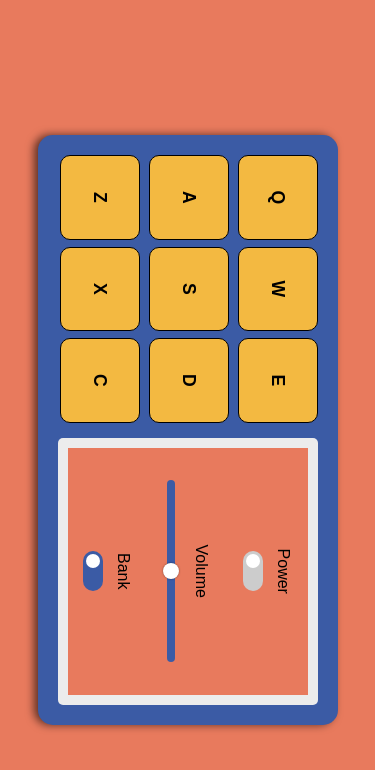
Repository: alfredoleano/drum-machine
Page: /
An editor plug-in stored every save of this project. The page is shown before and after the next save, followed by the edit.
The browser window is 375 px wide. The pictures show the whole page.
The project was rebuilt for these pictures with package versions that can differ from the ones it lists, and the page was loaded fresh each time.

Above is the page before, as saved 2024-06-14 13:16:25.

### src/App.js
import { useCallback, useEffect, useState } from 'react';
import './App.css';
import './styles.scss';

function App() {
  const bank1 = {
    Q: 'sounds/Heater-1.mp3',
    W: 'sounds/Heater-2.mp3',
    E: 'sounds/Heater-3.mp3',
    A: 'sounds/Heater-4_1.mp3',
    S: 'sounds/Heater-6.mp3',
    D: 'sounds/Dsc_Oh.mp3',
    Z: 'sounds/Kick_n_Hat.mp3',
    X: 'sounds/RP4_KICK_1.mp3',
    C: 'sounds/Cev_H2.mp3'
  };

  const bank2 = {
    Q: 'sounds/piano.mp3',
    W: 'sounds/jazz.wav',
    E: 'sounds/bangu.wav',
    A: 'sounds/num.wav',
    S: 'sounds/stroke.wav',
    D: 'sounds/cymbals.wav',
    Z: 'sounds/tom.wav',
    X: 'sounds/kick.wav',
    C: 'sounds/snare.wav'
  };

  const [volume, setVolume] = useState(50); // initial sound value
  const [power, setPower] = useState(false); //initial power volume
  const [bank, setBank] = useState(bank1); // initial bank value
  const [isBank1, setIsBank1] = useState(true); // initial bank toggle state

  // Function to change volume
  const changeVolume = (event) => {
    setVolume(event.target.value); // Update the state with current value of the volume slider
  };

  // Function to toggle power
  const togglePower = () => {
    setPower(!power);
  };

  // Function to switch Banks
  const toggleBank = () => {
    setBank(isBank1 ? bank2 : bank1);
    setIsBank1(!isBank1);
  }

  // Function to play sound
  const playSound = useCallback((id) => {
    if(!power) return; // Check if the power is on
    const audio = new Audio(bank[id]);
    audio.volume = volume / 100; // initial sound volume
    audio.currentTime = 0; // Set audio to beginning
    audio.play();
  }, [power, volume, bank]);

  // Use useEffect to add event listener for keydown events
  useEffect(() => {
    // Make the approptiate key play the approptiate sound
    const handleKeydown = (event) => {
      const key = event.key.toUpperCase();
      if(['Q', 'W', 'E', 'A', 'S', 'D', 'Z', 'X', 'C'].includes(key)) {
        playSound(key);

        // Add active class to the button
        const button = document.getElementById(`button-${key}`);
        if(button) {
          button.classList.add('active');
        }
      }
    };

    const handleKeyup = (event) => {
      const key = event.key.toUpperCase();
      if (['Q', 'W', 'E', 'A', 'S', 'D', 'Z', 'X', 'C'].includes(key)) {
        // Remove active class from the button
        const button = document.getElementById(`button-${key}`);
        if (button) {
          button.classList.remove('active');
        }
      }
    };

    // Add keydown event listener
    window.addEventListener('keydown', handleKeydown);
    window.addEventListener('keyup', handleKeyup);

    // Cleanup event listener on component unmount
    return () => {
      window.removeEventListener('keydown', handleKeydown);
      window.removeEventListener('keyup', handleKeyup);
    };
  }, [playSound]);

  return (
    <div className="App">
      <div id='drum-machine'>
        <div id='display'>
          <div className='buttons-grid'>
            <button id="button-Q" onClick={() => playSound('Q')}>Q</button>
            <button id="button-W" onClick={() => playSound('W')}>W</button>
            <button id="button-E" onClick={() => playSound('E')}>E</button>
            <button id="button-A" onClick={() => playSound('A')}>A</button>
            <button id="button-S" onClick={() => playSound('S')}>S</button>
            <button id="button-D" onClick={() => playSound('D')}>D</button>
            <button id="button-Z" onClick={() => playSound('Z')}>Z</button>
            <button id="button-X" onClick={() => playSound('X')}>X</button>
            <button id="button-C" onClick={() => playSound('C')}>C</button>
          </div>

          <div className='controls'>
            <div className='settings'>
              <label>Power</label>
              {/* Rounded switch */}
              <label className="switch">
                <input type="checkbox" checked={power} onChange={togglePower}/>
                <span className="slider round"></span>
              </label>
            </div>

            <div className='settings'>
              <label>Volume</label>
              <input
                type='range'
                min={0}
                max={100}
                value={volume}
                onChange={changeVolume}
                className='blue'
              />
            </div>

            <div className='settings'>
              <label>Bank</label>
              <label className="switch">
                <input type="checkbox" checked={!isBank1} onChange={toggleBank}/>
                <span className="slider bank"></span>
              </label>
            </div>
          </div>
        </div>
      </div>
    </div>
  );
}

export default App;

### src/styles.scss
$primary-color: #E87A5D;
$secondary-color: #F3B941;
$tertiary-color: #3B5BA5;

/* Apply box-sizing: border-box globally */
*,
*::before,
*::after {
  box-sizing: border-box;
}

body {
  box-sizing: border-box;
  font-family: Arial, sans-serif;
  background-color: $primary-color;
  margin: 0;
  padding: 0;
  height: 100vh;
  // display: flex;
  // align-items: center;
  // justify-content: center;
}

#drum-machine {
  width: 100vw;
  height: 100vh;
  display: flex;
  align-items: center;
  justify-content: center;
  // background-color: greenyellow;
}

#display {
  background-color: $tertiary-color;
  width: 85%;
  max-width: 590px;
  margin: 30px auto;
  padding: 20px;
  border-radius: 15px;
  box-shadow: 0 4px 8px rgba(0, 0, 0, 0.6); /* Subtle shadow */
  display: grid;
  grid-template-columns: 1fr 1fr;
  grid-auto-columns: min-content;
  gap: 15px;
}

.buttons-grid {
  display: grid;
  grid-template-columns: repeat(3, 1fr);
  grid-template-rows: repeat(3, 1fr);
  gap: 7px;
  width: 100%;
}

.buttons-grid button {
  width: 100%px;
  height: 80px;
  // width: 100%;
  // height: 100%;
  border-radius: 10px;
  border: 1px solid #000;
  // border: none;
  font-weight: 800;
  font-size: 1.1rem;
  cursor: pointer;
  outline: none;
  background-color: #F3B941;
}

.buttons-grid button:active {
  background-color: #f1c979;
}

// For keydown event
.buttons-grid button.active {
  background-color: #f1c979;
}

.controls {
  padding: 10px;
  width: 100%;
  display: flex;
  align-items: center;
  justify-content: center;
  flex-direction: column;
  border-radius: 5px;
  background-color: #ececec;
}

.settings {
  display: flex;
  flex-direction: column;
  justify-content: space-around;
  align-items: center;
  padding: 10px;
  height: 35%;
  width: 100%;
  background-color: #E87A5D;
}


/********************* Rounded switch styling ***********************/

/* The switch - the box around the slider */
.switch {
  position: relative;
  display: inline-block;
  width: 40px;
  height: 20px;
  // margin-top: 5px;
}

/* Hide default HTML checkbox */
.switch input {
  opacity: 0;
  width: 0;
  height: 0;
}

/* The slider */
.slider {
  position: absolute;
  cursor: pointer;
  top: 0;
  left: 0;
  right: 0;
  bottom: 0;
  background-color: #ccc;
  -webkit-transition: .4s;
  transition: .4s;
  border-radius: 25px;
}

.slider.bank {
  background: $tertiary-color;
}

.slider:before {
  position: absolute;
  content: "";
  height: 14px;
  width: 14px;
  left: 3px;
  bottom: 3px;
  background-color: white;
  -webkit-transition: .4s;
  transition: .4s;
  border-radius: 50%;
}

input:checked + .slider {
  background-color: $tertiary-color;
}

input:focus + .slider {
  box-shadow: 0 0 1px $tertiary-color;
}

input:checked + .slider:before {
  -webkit-transform: translateX(20px);
  -ms-transform: translateX(20px);
  transform: translateX(20px);
}

/* Rounded sliders */
.slider.round {
  border-radius: 34px;
}

.slider.round:before {
  border-radius: 50%;
}


/********************* Volume slider styling ***********************/
/* Style the range input */
input[type="range"] {
  appearance: none; /* Standard property */
  -webkit-appearance: none; /* WebKit browsers (Chrome, Safari, iOS) */
  -moz-appearance: none; /* Firefox */
  -ms-appearance: none; /* Internet Explorer and Edge */
  width: 80%;
  height: 8px; /* Adjust height as needed */
  background: $tertiary-color; /* Track color */
  border-radius: 5px;
  outline: none;
  opacity: 1;
  transition: opacity .2s;
}

/* Style the thumb for WebKit browsers (e.g., Chrome, Safari) */
input[type="range"]::-webkit-slider-thumb {
  -webkit-appearance: none; /* Remove default styling */
  appearance: none;
  width: 16px; /* Adjust thumb width as needed */
  height: 16px; /* Adjust thumb height as needed */
  background: #ffffff; /* Thumb color */
  border-radius: 50%; /* Make thumb round */
  cursor: pointer;
  box-shadow: 0 0 2px rgba(0, 0, 0, 0.5);
}


/* Style the thumb for Firefox */
input[type="range"]::-moz-range-thumb {
  -moz-appearance: none; /* Remove default styling */
  appearance: none; /* Standard property */
  width: 16px; /* Adjust thumb width as needed */
  height: 16px; /* Adjust thumb height as needed */
  background: #ffffff; /* Thumb color */
  border-radius: 50%; /* Make thumb round */
  cursor: pointer;
  box-shadow: 0 0 2px rgba(0, 0, 0, 0.5);
}

/* Style the thumb for Internet Explorer */
input[type="range"]::-ms-thumb {
  -ms-appearance: none; /* Remove default styling */
  appearance: none; /* Standard property */
  width: 16px; /* Adjust thumb width as needed */
  height: 16px; /* Adjust thumb height as needed */
  background: #ffffff; /* Thumb color */
  border-radius: 50%; /* Make thumb round */
  cursor: pointer;
  box-shadow: 0 0 2px rgba(0, 0, 0, 0.5);
}

/* Style the track for Internet Explorer */
input[type="range"]::-ms-track {
  width: 75%;
  height: 8px; /* Adjust height as needed */
  background: $tertiary-color; /* Track color */
  border-color: transparent;
  color: transparent;
  border-radius: 5px;
}

/******************** Mobile Design **********************/
@media screen and (max-width: 490px) {
  // body {
  //   display: flex;
  //   justify-content: center;
  //   align-items: center;
  // }

  // #drum-machine {
  //   height: 100vh;
  //   width: 100vw;
  //   // background-color: pink;
  // }

  // #display {
  //   width: 700px;
  //   height: 85vw;
  //   transform: rotate(90deg);
  //   transform-origin: center;
  // }

  body {
    display: flex;
    justify-content: center;
    align-items: center;
    overflow: hidden; /* Prevents scrollbars from appearing */
  }

  #drum-machine {
    height: 100vh;
    width: 100vw;
    position: relative; /* Allows child absolute positioning */
    // background-color: pink;
  }

  #display {
    position: absolute;
    width: 85vh;
    height: 80vw;
    transform: rotate(90deg);
    transform-origin: center center;
    left: 50%; /* Centers the element horizontally */
    top: 50%;  /* Centers the element vertically */
    transform: translate(-50%, -50%) rotate(90deg); /* Adjusts positioning and rotates */
  }
}

Loaded but not shown: public/index.html (common file); src/index.js (common file); src/index.css (common file); src/reportWebVitals.js (common file); src/App.css (common file)

After the next save:
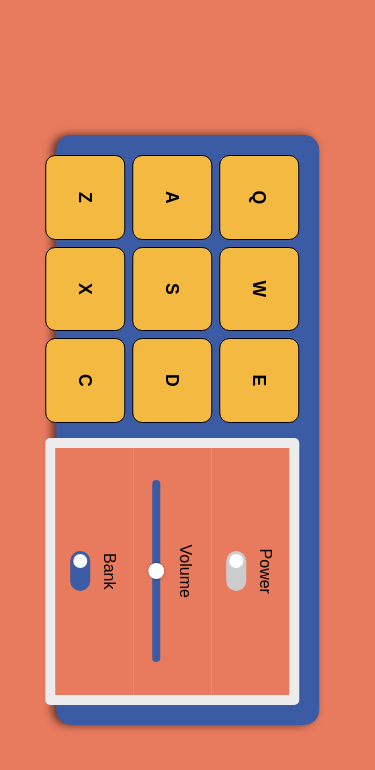
Saved 5 s later.
--- a/src/styles.scss
+++ b/src/styles.scss
@@ -273,7 +273,7 @@
   #display {
     position: absolute;
     width: 85vh;
-    height: 80vw;
+    height: 70vw;
     transform: rotate(90deg);
     transform-origin: center center;
     left: 50%; /* Centers the element horizontally */

After the 2 saves that followed:
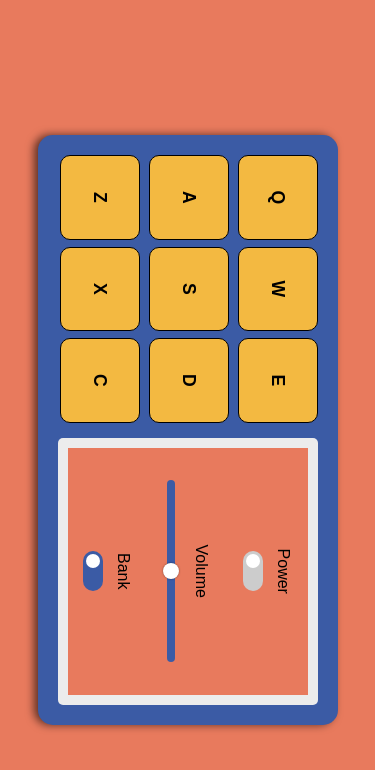
The 2 saves are shown as one change because they came seconds apart.
The last was saved 7 s later.
--- a/src/styles.scss
+++ b/src/styles.scss
@@ -272,8 +272,8 @@
 
   #display {
     position: absolute;
-    width: 85vh;
-    height: 70vw;
+    width: 75vh;
+    height: 80vw;
     transform: rotate(90deg);
     transform-origin: center center;
     left: 50%; /* Centers the element horizontally */
